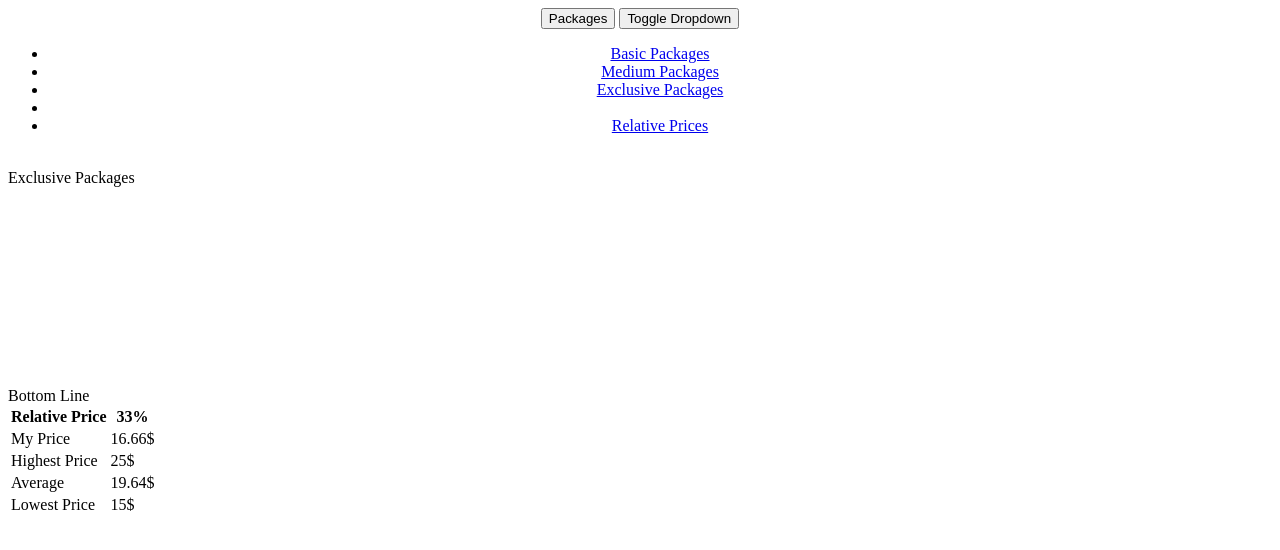
Repository: netaosman/Price-try-course
Page: prixceFrontEnd/src/main/webapp/Prixce_FrontEnd/HTML/Market/pricesPack/HighPackages.html
An editor plug-in stored every save of this project. The page is shown before and after the next save, followed by the edit.
The browser window is 1280 px wide. The pictures show the whole page.

Above is the page before, as saved 2017-09-23 22:14:22.

After the next save:
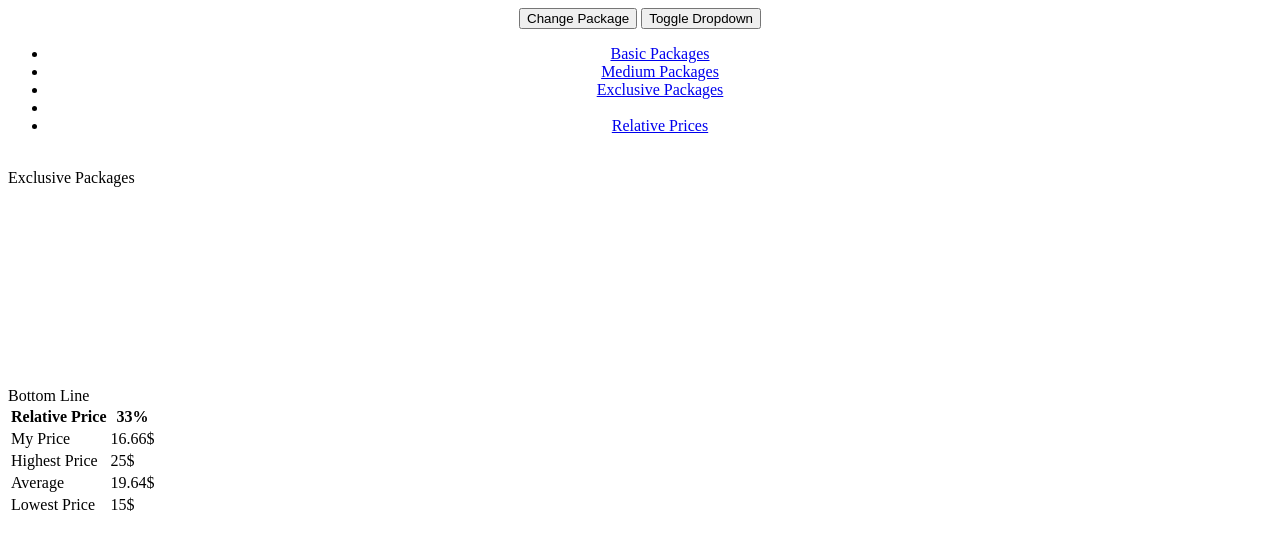
Saved 54 min 44 s later.
--- a/prixceFrontEnd/src/main/webapp/Prixce_FrontEnd/HTML/Market/pricesPack/HighPackages.html
+++ b/prixceFrontEnd/src/main/webapp/Prixce_FrontEnd/HTML/Market/pricesPack/HighPackages.html
@@ -4,7 +4,7 @@
 	<div class="dropdown" align="center">
 		<!-- Split button -->
 		<div class="btn-group">
-			<button type="button" class="btn btn-default">Packages</button>
+			<button type="button" class="btn btn-default">Change Package</button>
 			<button type="button" class="btn btn-default dropdown-toggle"
 				data-toggle="dropdown" aria-haspopup="true" aria-expanded="false">
 				<span class="caret"></span> <span class="sr-only">Toggle
